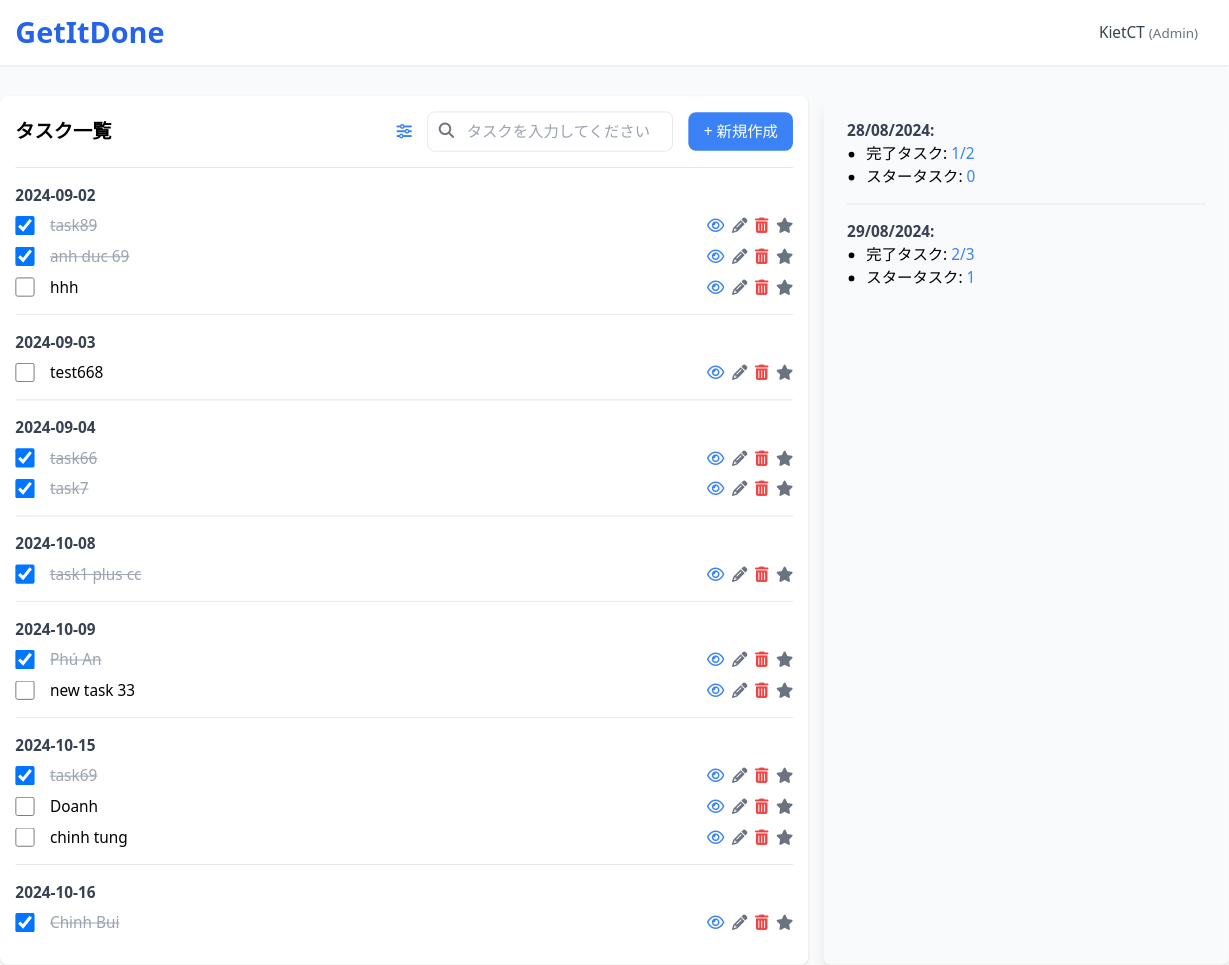
Repository: TuanAnhNguyen723/todolist
Page: http://localhost/mainscreen/mainscreen.php
The author's editor kept a copy of each file at every save. The page is drawn from the files as they stood at one save, then again after the next save.
The browser window is 1280 px wide. The pictures show the whole page, at 96% of full size.
Some web libraries are served in a nearby version. The page is run by PHP 8.4 with error messages shown; the project is at /var/www/html/. The database holds what the project's SQL file puts in it.

Above is the page before, as saved 2024-10-02 13:08:25.

After the next save:
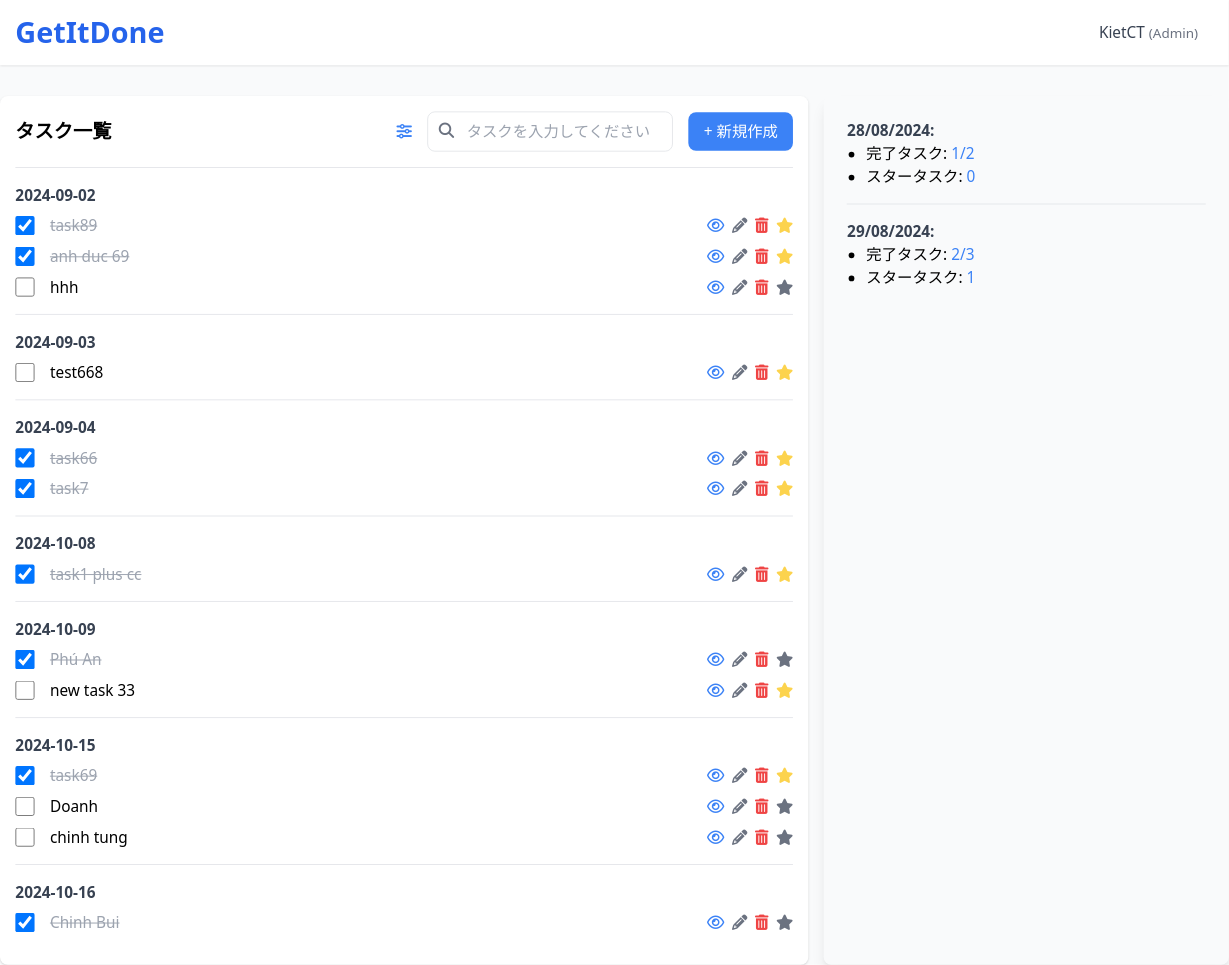
Saved 15 s later.
--- a/mainscreen/mainscreen.php
+++ b/mainscreen/mainscreen.php
@@ -102,20 +102,19 @@ include '../mainscreen/mainscreenController.php';
 
       <!-- Nút xóa -->
       <form action="./mainscreenController.php" method="POST" style="display:inline;">
-        <input type="hidden" name="task_id" value="<?php echo $task['task_id']; ?>">
+        <input type="hidden" name="task_id" data-task-id="<?php echo $task['task_id']; ?>"  value="<?php echo $task['task_id']; ?>">
         <button type="submit" name="delete_task" class="text-red-500 hover:text-red-700">
           <i class="fa fa-trash"></i>
         </button>
       </form>
 
       <!-- Nút ngôi sao với điều kiện -->
-      <button class="text-gray-500 hover:text-yellow-300 star-icon data-task-id="<?php echo $task['task_id']; ?>  <?php echo $task['star'] ? 'text-yellow-300' : ''; ?>">
+      <button class="text-gray-500 hover:text-yellow-300 star-icon <?php echo $task['star'] ? 'text-yellow-300' : ''; ?>">
         <i class="fa fa-star"></i>
       </button>
     </div>
   </div>
 <?php endforeach; ?>
-
 
 
 
